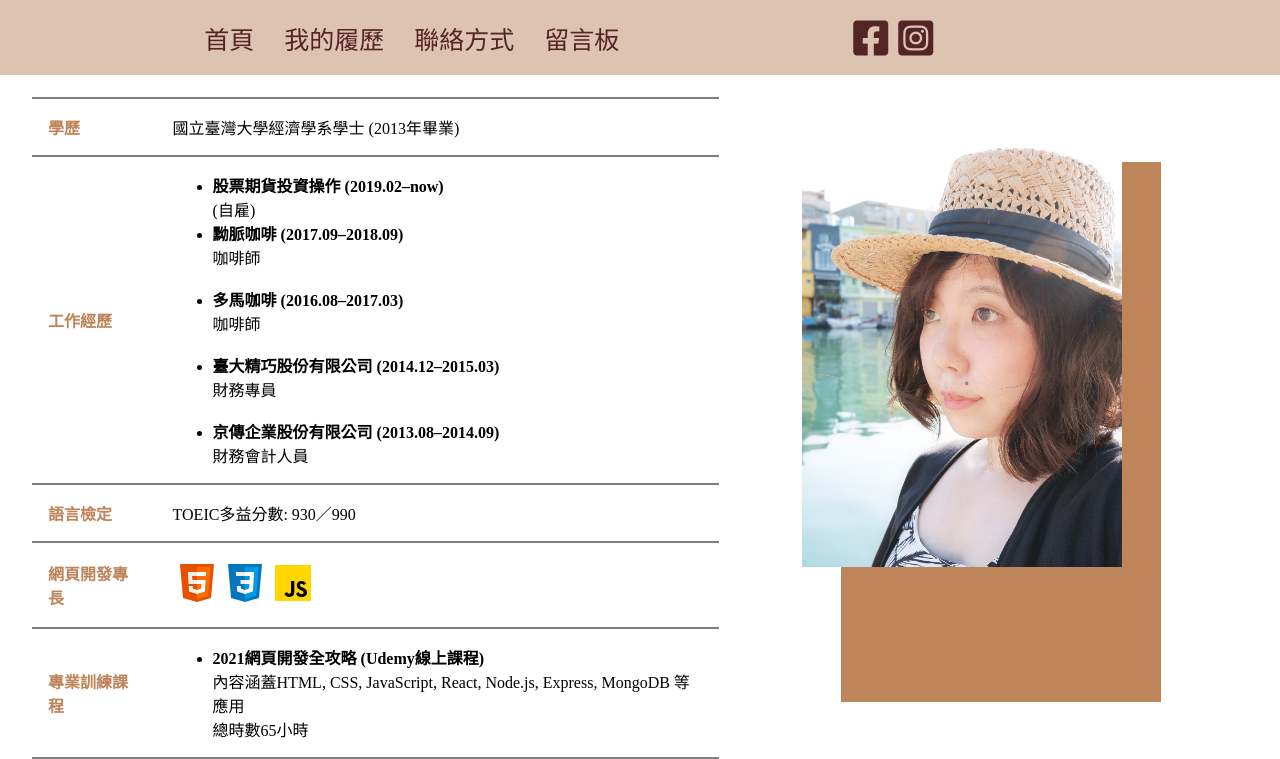
Repository: lcjyc/portfolio-website
Page: /resume
The author's editor kept a copy of each file at every save. The page is drawn from the files as they stood at one save, then again after the next save.
The browser window is 1280 px wide. The pictures show the whole page.
The project was rebuilt for these pictures with package versions that can differ from the ones it lists, and the page was loaded fresh each time. Also part of the build but not shown: src/pages/home/home.css, src/pages/home/Home.jsx, src/pages/contact/contact.css, src/pages/contact/Contact.jsx.

Above is the page before, as saved 2022-08-20 09:02:58.

After the next save:
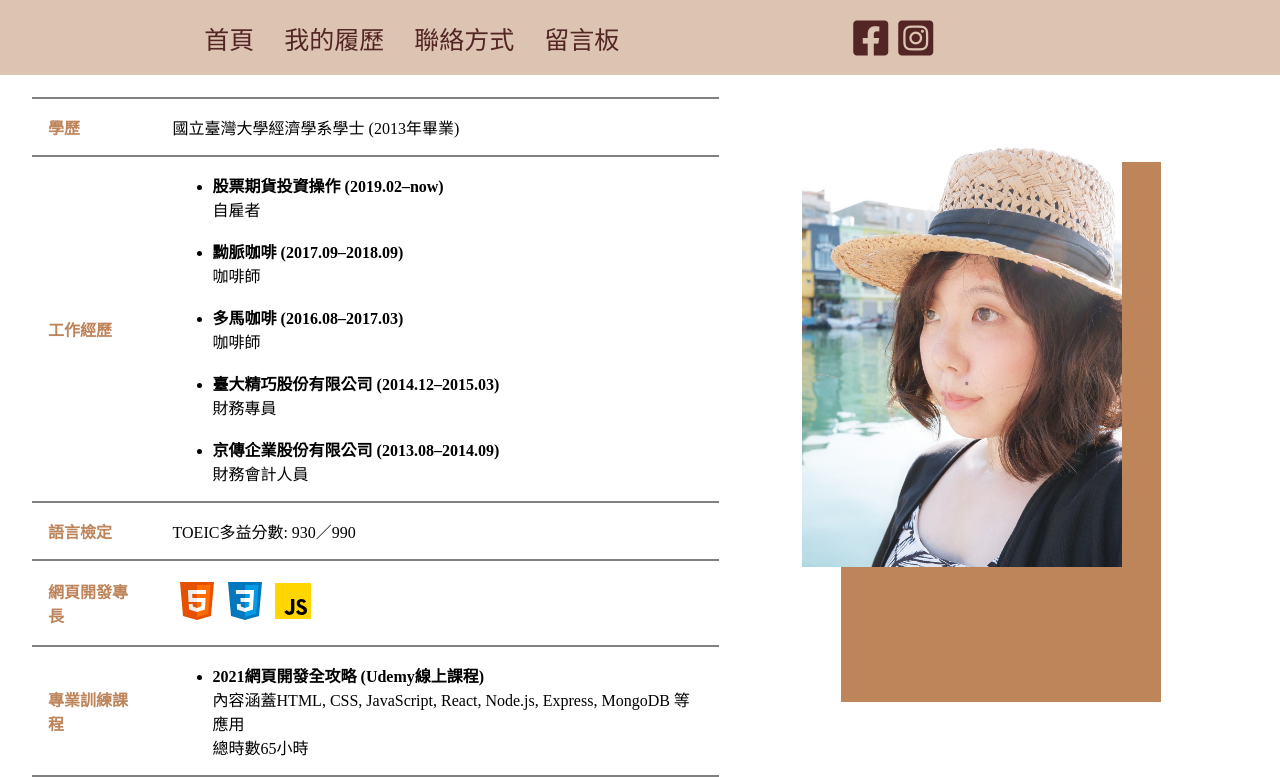
Saved 32 s later.
--- a/src/pages/resume/Resume.jsx
+++ b/src/pages/resume/Resume.jsx
@@ -23,7 +23,8 @@ export default function Resume() {
             <td>
               <ul>
                 <li>股票期貨投資操作 (2019.02–now)</li>
-                <p>(自雇)</p>
+                <p>自雇者</p>
+                <br />
                 <li>黝脈咖啡 (2017.09–2018.09)</li>
                 <p>咖啡師</p>
                 <br />
